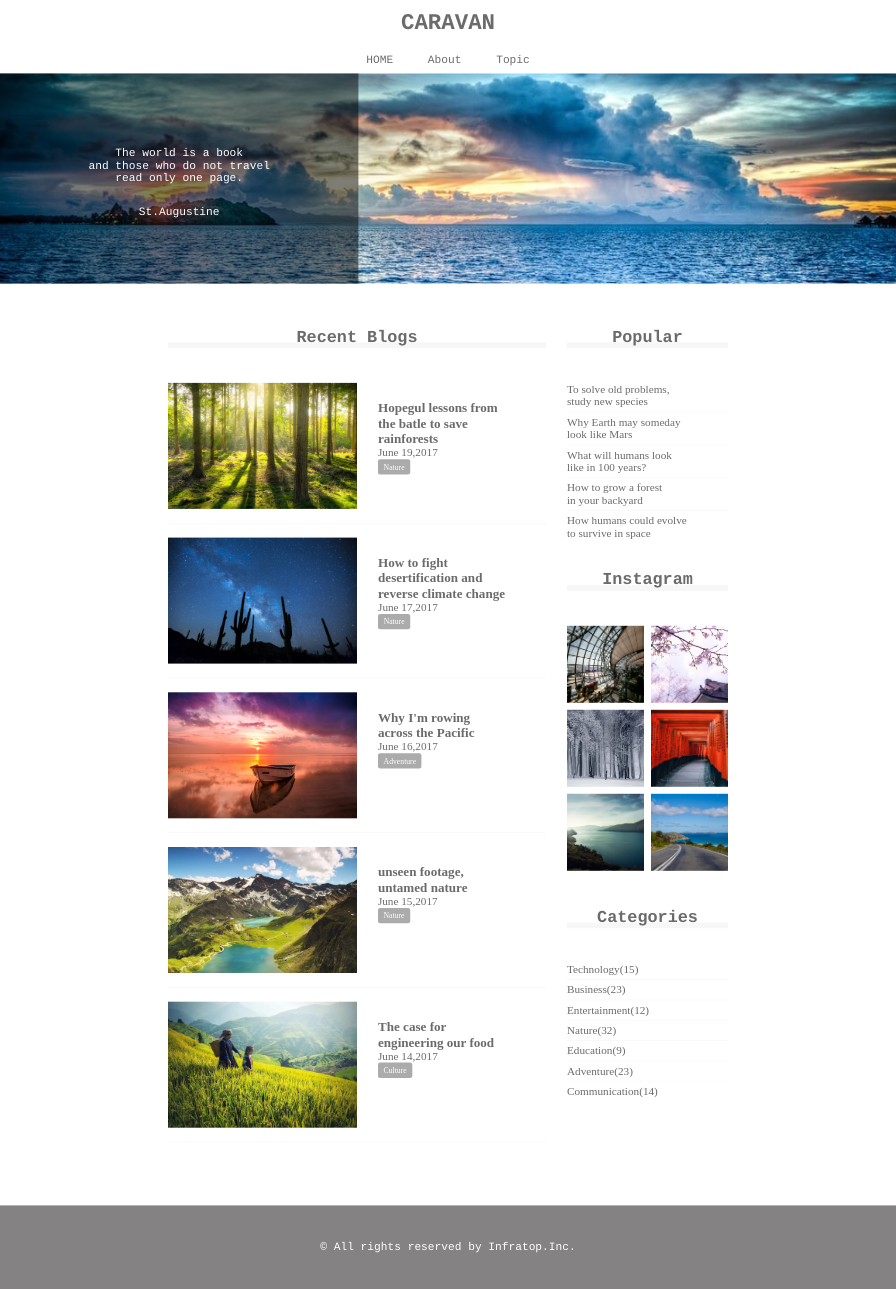
Repository: katayama-Web/html-practice
Page: caravan/index.html
The author's editor kept a record of every edit. The page is drawn from the files as they stood at one moment, then again after the next edit.
The browser window is 1280 px wide. The pictures show the whole page, at 70% of full size.
Some icons come from a web library that is not loaded, so they are not drawn. Some web libraries are served in a nearby version.

Above is the page before.

After the next edit:
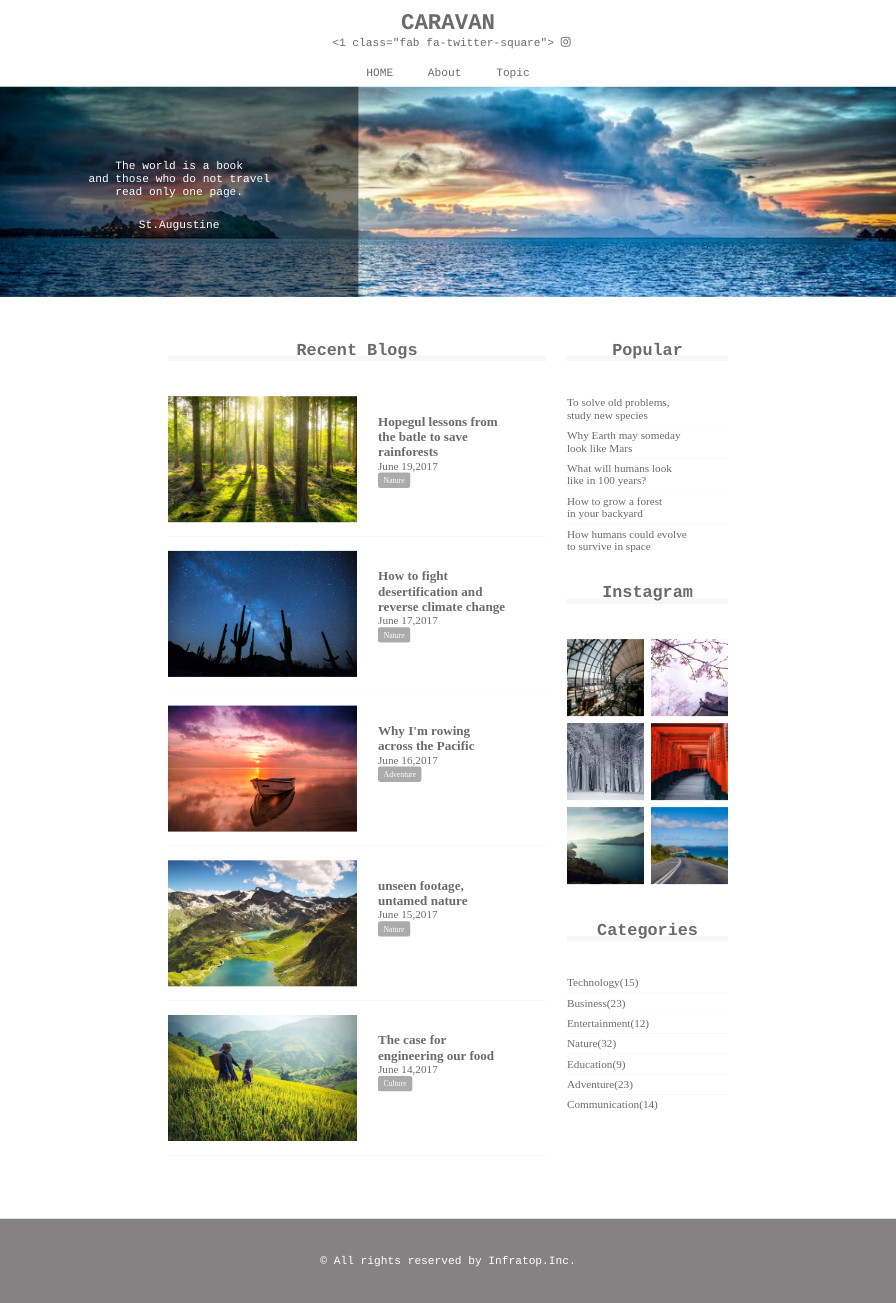
The edit:
--- a/caravan/index.html
+++ b/caravan/index.html
@@ -20,6 +20,10 @@
       </h1>
 
       <div class="social"></div>
+
+        <i class="fab fa-facebook-sqare"></i>
+        <1 class="fab fa-twitter-square"></1>
+        <i class="fab fa-instagram"></i>
 
     </header>
 

After the edit that followed:
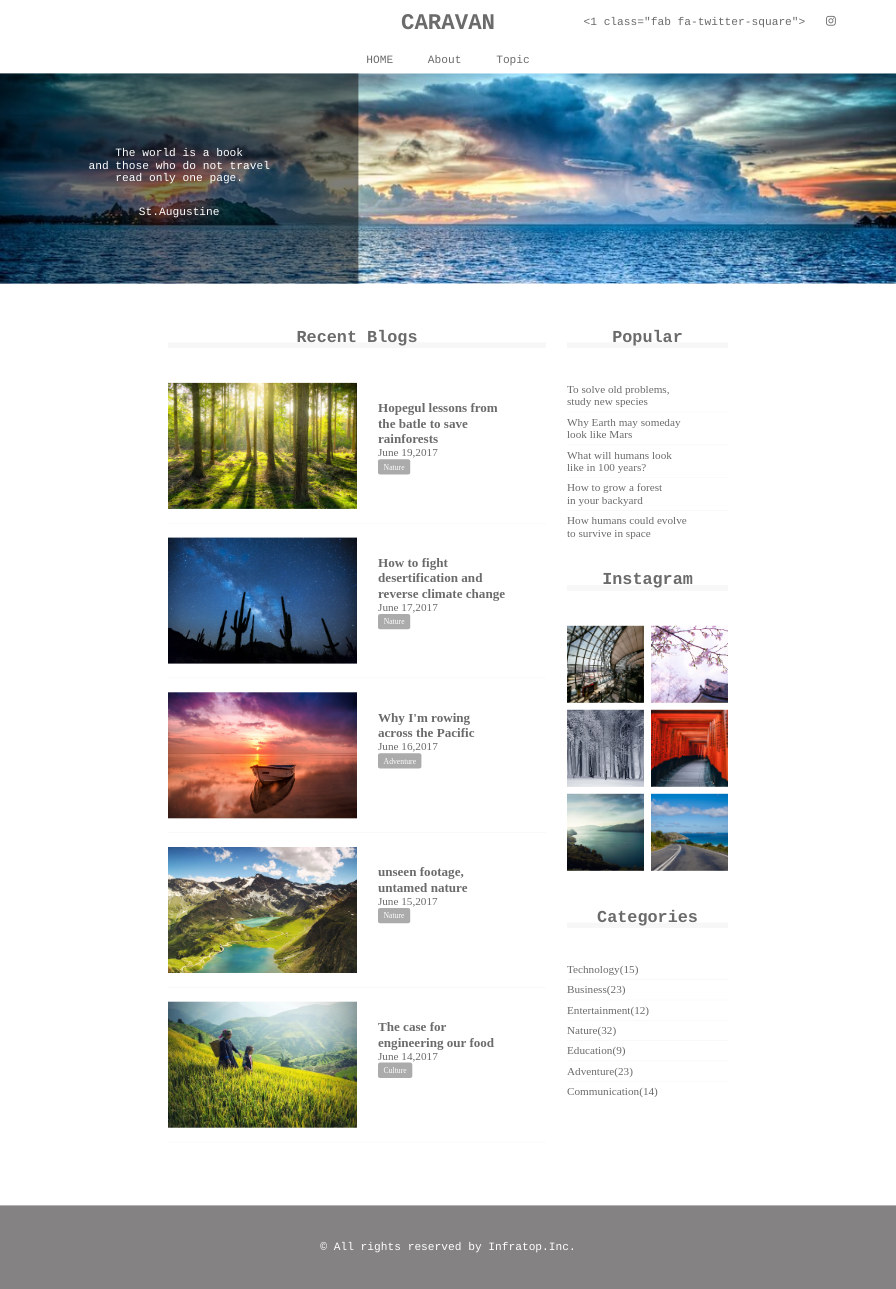
The edit:
--- a/caravan/index.html
+++ b/caravan/index.html
@@ -19,7 +19,7 @@
         </a>
       </h1>
 
-      <div class="social"></div>
+      <div class="social">
 
         <i class="fab fa-facebook-sqare"></i>
         <1 class="fab fa-twitter-square"></1>
